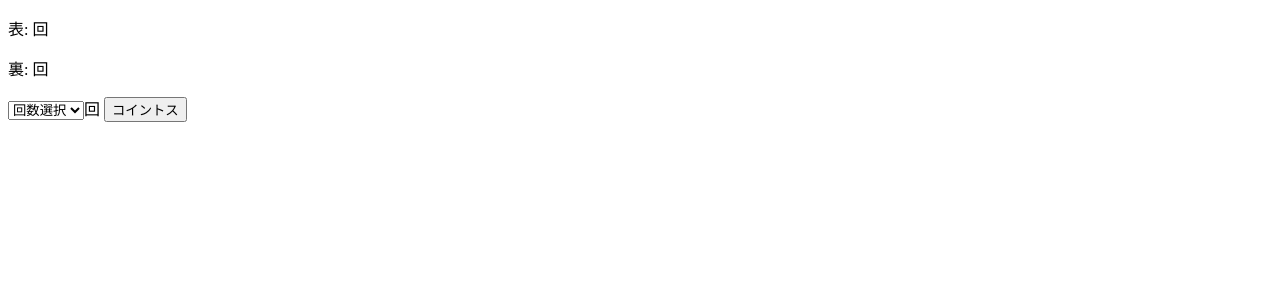
Repository: tppei/PHP
Page: http://localhost/htdocs/php08/practice_loop_elementary.php
The author's editor kept a record of every edit. The page is drawn from the files as they stood at one moment, then again after the next edit.
The browser window is 1280 px wide. The pictures show the whole page.
The page is run by PHP 8.4 with error messages shown; the project is at /var/www/html/.

Above is the page before.

### htdocs/php08/practice_loop_elementary.php
<?php
 $front =0;
 $back =0;
 $num ='';

 if (isset($_POST['toss']) === TRUE) {
    $num = htmlspecialchars($_POST['toss'], ENT_QUOTES, 'UTF-8');
    for($i = 0; $i <= $num; $i++) {
        $rand = rand(0, 1);
        if($rand === 0) {
            $front++;
        }else if($rand === 1) {
            $back++;
        }

    }print $num;
}

//  if (isset($_POST["toss"]) === TRUE){
//      $toss = htmlspecialchars($_POST['toss'], ENT_QUOTES ,'UTF-8');
//      $num = $_POST['toss'];

//  }
//  $omoteura = ["表","裏"];

// for($i=0;$i <= $num;$i++){
//     $kekka =$omoteura[array_rand($omoteura)];
//     if($kekka === "表"){
//         $o++;
//     }else{
//         $u++;
//     }
// }
?>
<!DOCTYPE html>
<html lang="ja">
<head>
    <meta charset="UTF-8">
    <title>課題</title>
</head>
<body>
    <article id="wrap">
        <section>
            <p>表: <?php $front?>回</p>
            <p>裏: <?php $back?>回</p>
        </section>
        <form method="post">
            <select name="number">
                <option value="" name ="toss">回数選択</option>
                <option value="10" name="toss">10</option>
                <option value="100" name="toss">100</option>
                <option value="1000" name="toss">1000</option>
            </select>回
            <button type="submit">コイントス</button>
        </form>
    </article>
</body>
</html>

After the next edit:
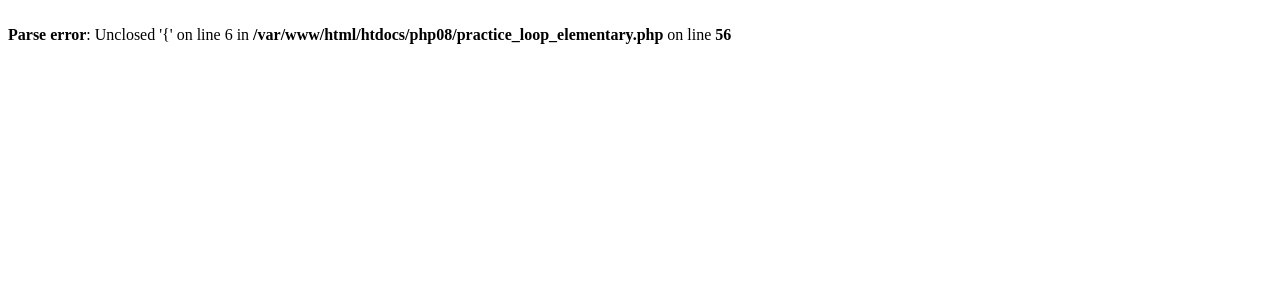
The edit:
--- a/htdocs/php08/practice_loop_elementary.php
+++ b/htdocs/php08/practice_loop_elementary.php
@@ -12,9 +12,7 @@
         }else if($rand === 1) {
             $back++;
         }
-
-    }print $num;
-}
+    }
 
 //  if (isset($_POST["toss"]) === TRUE){
 //      $toss = htmlspecialchars($_POST['toss'], ENT_QUOTES ,'UTF-8');

After the edit that followed:
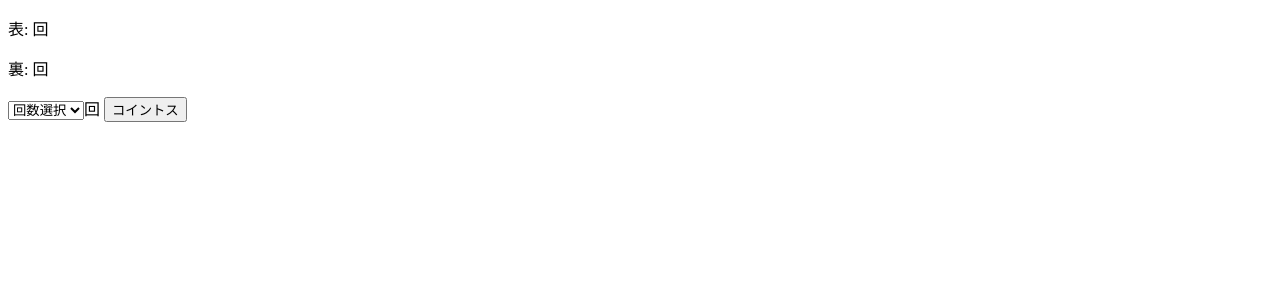
The edit:
--- a/htdocs/php08/practice_loop_elementary.php
+++ b/htdocs/php08/practice_loop_elementary.php
@@ -13,22 +13,8 @@
             $back++;
         }
     }
-
-//  if (isset($_POST["toss"]) === TRUE){
-//      $toss = htmlspecialchars($_POST['toss'], ENT_QUOTES ,'UTF-8');
-//      $num = $_POST['toss'];
-
-//  }
-//  $omoteura = ["表","裏"];
-
-// for($i=0;$i <= $num;$i++){
-//     $kekka =$omoteura[array_rand($omoteura)];
-//     if($kekka === "表"){
-//         $o++;
-//     }else{
-//         $u++;
-//     }
-// }
+    print $num;
+ }
 ?>
 <!DOCTYPE html>
 <html lang="ja">
